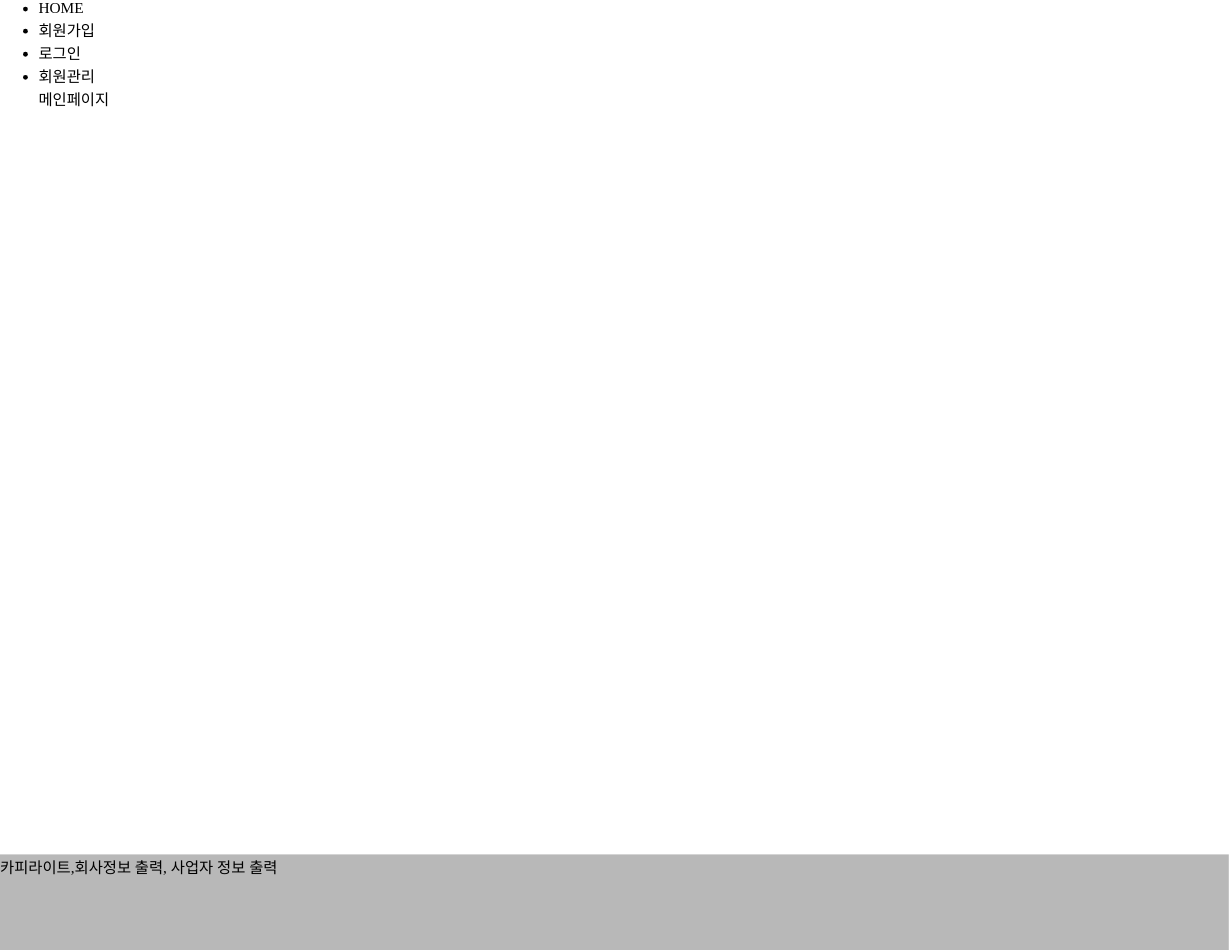
Repository: ceooyh/JSP
Page: http://localhost/step02/test.jsp
The author's editor kept a copy of each file at every save. The page is drawn from the files as they stood at one save, then again after a run of saves.
The browser window is 1280 px wide. The pictures show the whole page, at 96% of full size.
The page is served by Tomcat 9.

Above is the page before, as saved 2020-12-29 06:00:34.

After the next 2 saves:
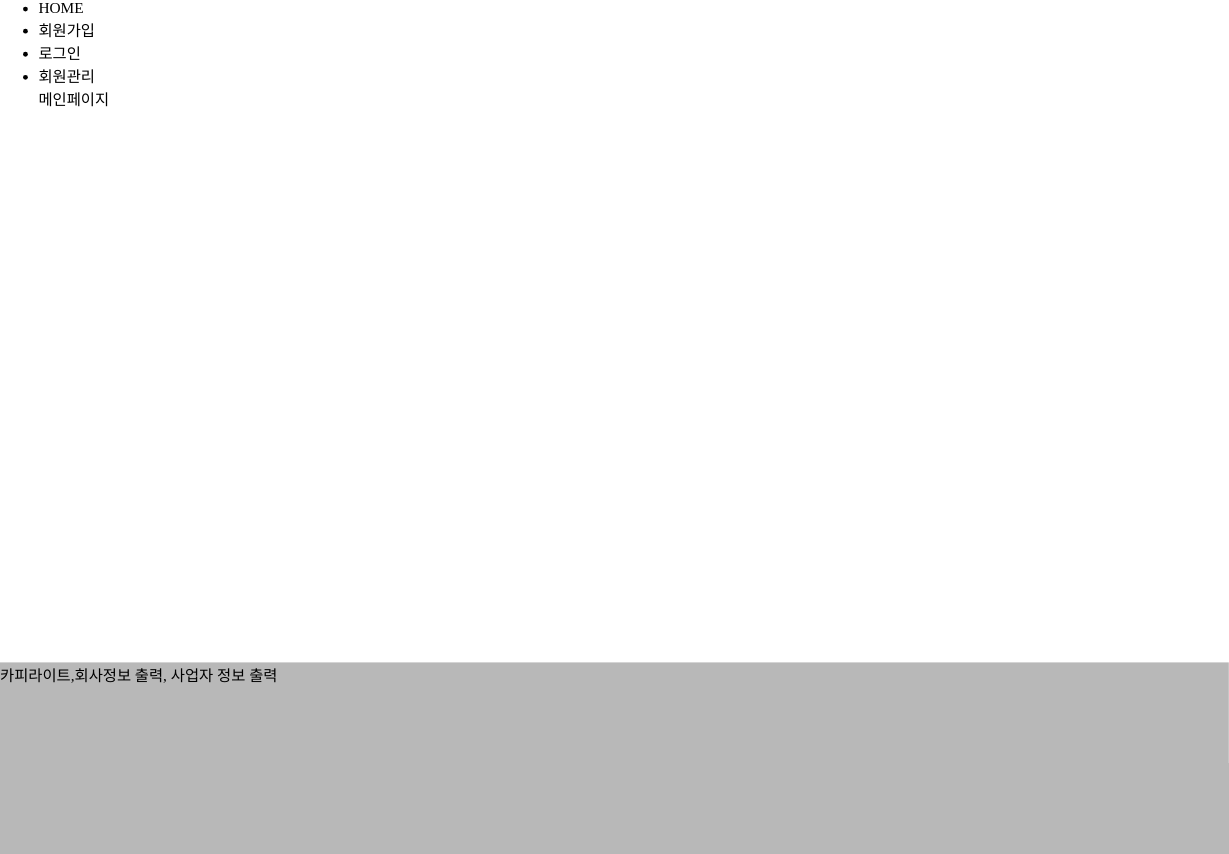
The 2 saves are shown as one change because they came seconds apart.
The last was saved 12 s later.
--- a/step02/WebContent/test.jsp
+++ b/step02/WebContent/test.jsp
@@ -17,11 +17,11 @@
 		section{
 			width: 1200px;
 			margin: 0 auto;
-			height:800px;
+			height:600px;
 		}
 		footer{
 			width: 100%;
-			height: 100px;
+			height: 200px;
 			background-color:#b8b8b8;
 		}
 	</style>
